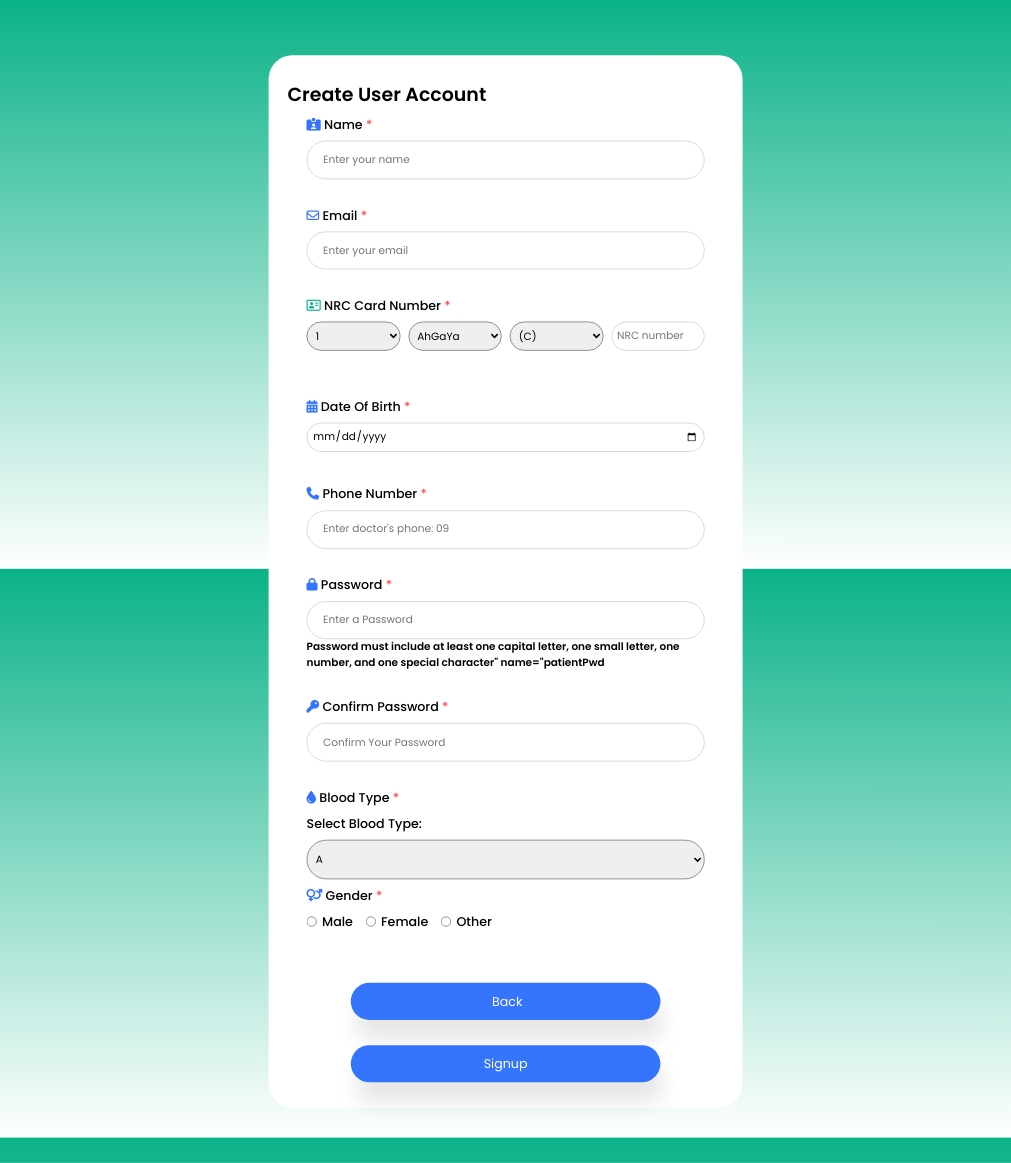
Repository: theonlymono/FitfinityHealthcareWebsiteJ2EE
Page: http://localhost/Fitfinity/register.jsp
These files come from the project's save history. The page is drawn as it stood at one moment and after the next save; the edit follows.
The browser window is 1280 px wide. The pictures show the whole page, at 79% of full size.
Backgrounds fixed to the window are drawn as part of the page. The page is served by Tomcat 9.

Above is the page before, as saved 2024-02-26 07:19:51.

After the next save:
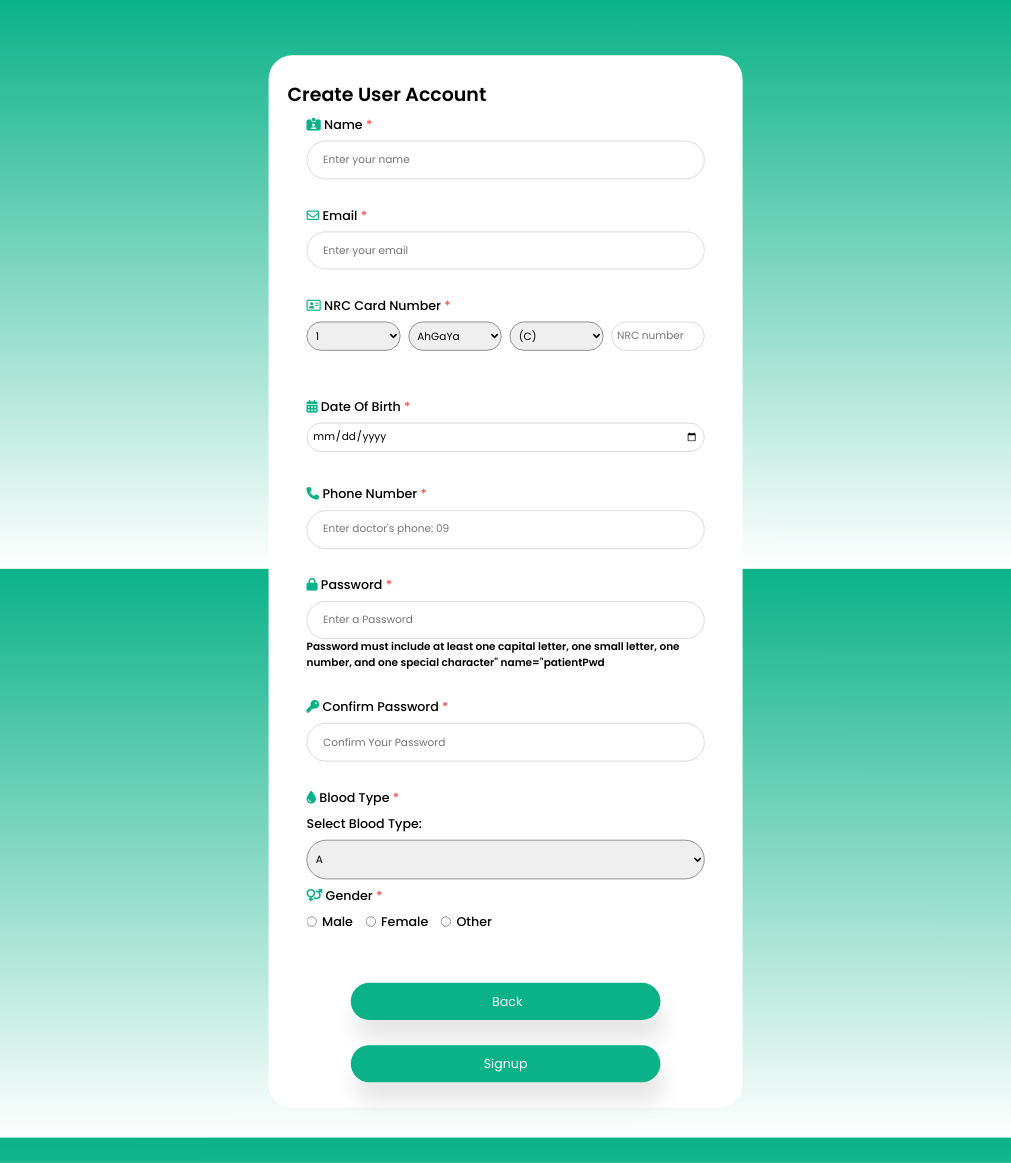
Saved 13 s later.
--- a/fitfinity/Fitfinity/WebContent/register.jsp
+++ b/fitfinity/Fitfinity/WebContent/register.jsp
@@ -63,14 +63,14 @@ h4 {
   }
 
   .button-container #back-button {
-    background-color: #3575FE;
+    background-color: #0bb288;
     border-radius: 30px;
     margin-right: 5.5em;
   }
 
 
   .button-container #signup-button {
-    background-color: #3575FE;
+    background-color: #0bb288;
     border-radius: 30px;
     margin-left: 5.5em;
 
@@ -119,7 +119,7 @@ input[type="radio"] {
 
 button {
 	font-size: 1em;
-	background-color: #3575FE;
+	background-color: #0bb288;
 	border: none;
 	color: #ffffff;
 	padding: 0.8em 0;
@@ -197,7 +197,7 @@ button {
 <!-- Name -->
 		<div class="input-section">
           <label>
-            	<i class="fa-solid fa-id-card-clip" style="color: #3575fe;"></i> Name <span class="required-color">*</span>
+            	<i class="fa-solid fa-id-card-clip" style="color: #0bb288;"></i> Name <span class="required-color">*</span>
           </label>
           <input type="text" placeholder="Enter your name" name="patientName" id="patientName" value="${param.patientName}" required/>
 
@@ -215,7 +215,7 @@ button {
 <!-- Email -->
 		<div class="input-section">
           <label>
-            	<i class="fa-regular fa-envelope" style="color: #3575fe;"></i> Email <span class="required-color">*</span>
+            	<i class="fa-regular fa-envelope" style="color: #0bb288;"></i> Email <span class="required-color">*</span>
           </label>
           <input type="text" placeholder="Enter your email" name="patientEmail" id="patientEmail" value="${param.patientEmail}" required/>
           <% String error2 = (String) request.getAttribute("message2");
@@ -285,7 +285,7 @@ button {
 <!-- Date Of Birth -->
         <div class="input-section">
             <label>
-            	<i class="fa-solid fa-calendar-days" style="color: #3575fe;"></i> Date Of Birth <span class="required-color">*</span>
+            	<i class="fa-solid fa-calendar-days" style="color: #0bb288;"></i> Date Of Birth <span class="required-color">*</span>
             </label>
             <div style="position: relative;">
             <input type="date" min="1943-1-1" max="2008-12-31" name="patientDOB" id="patientDOB" style="padding: 0.5em; border-radius: 30px; width: 100%; border: 1.5px solid #d0d0d0;"  value="${param.patientDOB}">
@@ -296,7 +296,7 @@ button {
 <!-- Phone -->
         <div class="input-section">
             <label>
-            	<i class="fa-solid fa-phone" style="color: #3575fe;"></i> Phone Number <span class="required-color">*</span>
+            	<i class="fa-solid fa-phone" style="color: #0bb288;"></i> Phone Number <span class="required-color">*</span>
             </label>
             <input type="text" name="patientTel" id="pstientTel" value="${param.patientTel}"  placeholder="Enter doctor's phone: 09">
 
@@ -314,7 +314,7 @@ button {
 <!-- Password -->
 		<div class="input-section">
           <label>
-            	<i class="fa-solid fa-lock" style="color: #3575fe;"></i> Password <span class="required-color">*</span>
+            	<i class="fa-solid fa-lock" style="color: #0bb288;"></i> Password <span class="required-color">*</span>
           </label>
           <input type="password"  placeholder="Enter a Password" id="patientPwd" name="patientPwd" value="${param.patientPwd}" required/>
           <h5> Password must include at least one capital letter, one small letter, one number, and one special character" name="patientPwd </h5>
@@ -333,7 +333,7 @@ button {
 <!-- Confirm Password -->
 		<div class="input-section">
           <label>
-            	<i class="fa-solid fa-key" style="color: #3575fe;"></i> Confirm Password <span class="required-color">*</span>
+            	<i class="fa-solid fa-key" style="color: #0bb288;"></i> Confirm Password <span class="required-color">*</span>
           </label>
           <input type="text" placeholder="Confirm Your Password" name="confPwd" id="confPwd" value="${param.confPwd}" required/>
 
@@ -352,7 +352,7 @@ button {
 <!-- BloodType -->
         <div class="input-section">
           <label>
-            	<i class="fa-solid fa-droplet" style="color: #3575fe;"></i> Blood Type <span class="required-color">*</span>
+            	<i class="fa-solid fa-droplet" style="color: #0bb288;"></i> Blood Type <span class="required-color">*</span>
           </label>
           <label for="bloodType">Select Blood Type:</label>
 		    <select id="bloodType" name="bloodType">
@@ -368,7 +368,7 @@ button {
 
 			<div class="input-section">
 				<label> <i class="fa-solid fa-venus-mars"
-					style="color: #3575fe;"></i> Gender <span class="required-color" >*</span>
+					style="color: #0bb288;"></i> Gender <span class="required-color" >*</span>
 				</label>
 				<div class="radio-group">
 					<label class="radio-label">
